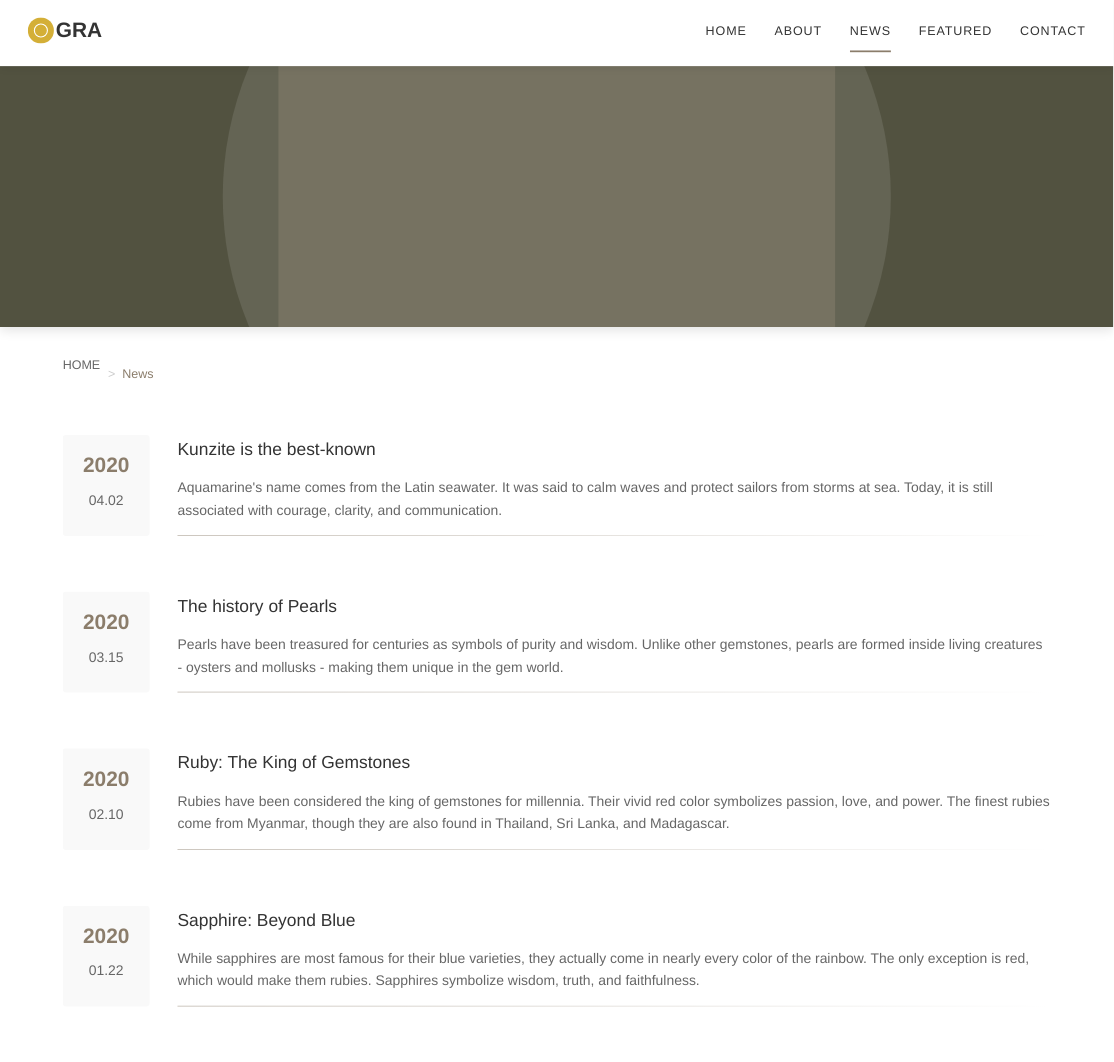
Repository: zhangchugao/jewelry
Page: /news
The author's editor kept a copy of each file at every save. The page is drawn from the files as they stood at one save, then again after the next save.
The browser window is 1280 px wide. The pictures show the whole page, at 87% of full size.
The project was rebuilt for these pictures with package versions that can differ from the ones it lists, and the page was loaded fresh each time. Also part of the build but not shown: vite.config.ts, src/components/BannerSection.vue, src/components/CertificateSection.vue, src/views/HomeView.vue, src/views/AboutView.vue, src/views/FeaturedView.vue, src/views/ContactView.vue.

Above is the page before, as saved 2025-11-23 12:57:01.

### index.html
<!doctype html>
<html lang="en">
  <head>
    <meta charset="UTF-8" />
    <link rel="icon" type="image/svg+xml" href="/vite.svg" />
    <meta name="viewport" content="width=device-width, initial-scale=1.0, maximum-scale=1.0, user-scalable=no" />
    <meta name="theme-color" content="#ffffff" />
    <meta name="description" content="GRA Jewelry - Exclusive Custom Jewelry and Certification" />
    <title>GRA Jewelry</title>
  </head>
  <body>
    <div id="app"></div>
    <script type="module" src="/src/main.ts"></script>
  </body>
</html>

### src/style.css
/* 全局变量 */
:root {
  --primary-color: #8b7d6b;
  --secondary-color: #333;
  --text-color: #333;
  --light-text: #666;
  --background-color: #fff;
  --border-color: #e0e0e0;
  --font-main: 'Helvetica Neue', Arial, sans-serif;
}

/* 重置样式 */
* {
  margin: 0;
  padding: 0;
  box-sizing: border-box;
}

html, body {
  font-family: var(--font-main);
  line-height: 1.6;
  color: var(--text-color);
  background-color: var(--background-color);
  min-height: 100vh;
}

#app {
  width: 100%;
  min-height: 100vh;
}

a {
  text-decoration: none;
  color: var(--secondary-color);
  transition: color 0.3s ease;
}

a:hover {
  color: var(--primary-color);
}

button {
  cursor: pointer;
  border: none;
  background: none;
  font-family: inherit;
}

/* 响应式断点 */
@media (max-width: 768px) {
  :root {
    font-size: 14px;
  }
}

@media (max-width: 480px) {
  :root {
    font-size: 12px;
  }
}

/* H5设备优化 */
/* 防止双击缩放 */
* {
  touch-action: manipulation;
}

/* 优化触摸目标大小 */
button, a, input[type="button"], input[type="submit"] {
  min-height: 44px;
  min-width: 44px;
}

/* 滚动优化 */
html {
  -webkit-overflow-scrolling: touch;
}

/* 防止内容被底部安全区域遮挡（iPhone等设备） */
@media (max-width: 768px) {
  .certificate-section {
    padding-bottom: calc(4rem + env(safe-area-inset-bottom, 0px));
  }

  .mobile-nav {
    padding-bottom: calc(1rem + env(safe-area-inset-bottom, 0px));
  }
}

/* 横屏模式优化 */
@media screen and (orientation: landscape) and (max-height: 500px) {
  .banner {
    height: 80vh;
  }

  .certificate-section {
    padding: 2rem 1rem;
  }
}

### src/App.vue
<script setup lang="ts">
import { RouterView } from 'vue-router';
import Navbar from './components/Navbar.vue';
</script>

<template>
  <div class="app">
    <Navbar />
    <main>
      <RouterView />
    </main>
  </div>
</template>

<style scoped>
.app {
  display: flex;
  flex-direction: column;
  min-height: 100vh;
}

main {
  flex: 1;
}
</style>

### src/router.ts
import { createRouter, createWebHistory } from 'vue-router';
import HomeView from './views/HomeView.vue';
import AboutView from './views/AboutView.vue';
import NewsView from './views/NewsView.vue';
import FeaturedView from './views/FeaturedView.vue';
import ContactView from './views/ContactView.vue';

const routes = [
  {
    path: '/',
    name: 'home',
    component: HomeView
  },
  {
    path: '/about',
    name: 'about',
    component: AboutView
  },
  {
    path: '/news',
    name: 'news',
    component: NewsView
  },
  {
    path: '/featured',
    name: 'featured',
    component: FeaturedView
  },
  {
    path: '/contact',
    name: 'contact',
    component: ContactView
  }
];

const router = createRouter({
  history: createWebHistory(),
  routes
});

export default router;

### src/components/Navbar.vue
<template>
  <nav class="navbar">
    <div class="navbar-container">
      <!-- Logo -->
      <div class="logo">
        <router-link to="/">
          <span class="logo-text">GRA</span>
        </router-link>
      </div>

      <!-- Desktop Navigation -->
      <div class="nav-links">
        <router-link to="/" class="nav-link">HOME</router-link>
        <router-link to="/about" class="nav-link">About</router-link>
        <router-link to="/news" class="nav-link">News</router-link>
        <router-link to="/featured" class="nav-link">Featured</router-link>
        <router-link to="/contact" class="nav-link">Contact</router-link>
      </div>

      <!-- Mobile Menu Button -->
      <button class="mobile-menu-btn" @click="toggleMobileMenu">
        <span class="menu-icon"></span>
      </button>
    </div>

    <!-- Mobile Navigation -->
    <div class="mobile-nav" v-if="mobileMenuOpen">
      <router-link to="/" class="mobile-nav-link" @click="closeMobileMenu">HOME</router-link>
      <router-link to="/about" class="mobile-nav-link" @click="closeMobileMenu">About</router-link>
      <router-link to="/news" class="mobile-nav-link" @click="closeMobileMenu">News</router-link>
      <router-link to="/featured" class="mobile-nav-link" @click="closeMobileMenu">Featured</router-link>
      <router-link to="/contact" class="mobile-nav-link" @click="closeMobileMenu">Contact</router-link>
    </div>
  </nav>
</template>

<script setup lang="ts">
import { ref } from 'vue';

const mobileMenuOpen = ref(false);

const toggleMobileMenu = () => {
  mobileMenuOpen.value = !mobileMenuOpen.value;
};

const closeMobileMenu = () => {
  mobileMenuOpen.value = false;
};
</script>

<style scoped>
.navbar {
  position: sticky;
  top: 0;
  background-color: #fff;
  box-shadow: 0 2px 10px rgba(0, 0, 0, 0.1);
  z-index: 1000;
  padding: 1rem 0;
}

.navbar-container {
  max-width: 1400px;
  margin: 0 auto;
  padding: 0 2rem;
  display: flex;
  justify-content: space-between;
  align-items: center;
}

.logo {
  display: flex;
  align-items: center;
}

.logo-text {
  font-size: 1.5rem;
  font-weight: bold;
  color: var(--secondary-color);
  position: relative;
  padding-left: 2rem;
}

.logo-text::before {
  content: '';
  position: absolute;
  left: 0;
  top: 50%;
  transform: translateY(-50%);
  width: 30px;
  height: 30px;
  background-color: #d4af37;
  border-radius: 50%;
  background-image: url('data:[embedded picture, 278 characters]');
  background-size: contain;
  background-repeat: no-repeat;
  background-position: center;
}

.nav-links {
  display: flex;
  gap: 2rem;
}

.nav-link {
  font-size: 0.9rem;
  font-weight: 500;
  text-transform: uppercase;
  letter-spacing: 1px;
  position: relative;
  padding: 0.5rem 0;
}

.nav-link::after {
  content: '';
  position: absolute;
  bottom: 0;
  left: 0;
  width: 0;
  height: 2px;
  background-color: var(--primary-color);
  transition: width 0.3s ease;
}

.nav-link:hover::after,
.nav-link.router-link-active::after {
  width: 100%;
}

.mobile-menu-btn {
  display: none;
  background: none;
  border: none;
  cursor: pointer;
  padding: 0.5rem;
}

.menu-icon {
  display: block;
  width: 24px;
  height: 2px;
  background-color: var(--secondary-color);
  position: relative;
  transition: background-color 0.3s ease;
}

.menu-icon::before,
.menu-icon::after {
  content: '';
  position: absolute;
  width: 24px;
  height: 2px;
  background-color: var(--secondary-color);
  transition: transform 0.3s ease;
}

.menu-icon::before {
  top: -6px;
}

.menu-icon::after {
  bottom: -6px;
}

.mobile-nav {
  display: none;
  position: absolute;
  top: 100%;
  left: 0;
  right: 0;
  background-color: #fff;
  box-shadow: 0 4px 6px rgba(0, 0, 0, 0.1);
  padding: 1rem 0;
}

.mobile-nav-link {
  display: block;
  padding: 1rem 2rem;
  font-size: 1rem;
  color: var(--secondary-color);
  text-align: center;
  border-bottom: 1px solid var(--border-color);
}

.mobile-nav-link:last-child {
  border-bottom: none;
}

.mobile-nav-link:hover {
  background-color: #f9f9f9;
  color: var(--primary-color);
}

/* 响应式设计 */
@media (max-width: 768px) {
  .nav-links {
    display: none;
  }

  .mobile-menu-btn {
    display: block;
  }

  .mobile-nav {
    display: block;
  }

  .navbar-container {
    padding: 0 1rem;
  }
}
</style>

### src/views/NewsView.vue
<template>
  <div class="news">
    <!-- 钻石图片横幅 -->
    <div class="news-banner">
      <div class="banner-image">
        <img src="data:[embedded picture, 446 characters]" alt="Diamonds" class="banner-img">
      </div>
    </div>

    <!-- 主要内容容器 -->
    <div class="news-container">
      <!-- 面包屑导航 -->
      <div class="breadcrumb">
        <router-link to="/" class="breadcrumb-link">HOME</router-link>
        <span class="breadcrumb-separator">></span>
        <span class="breadcrumb-current">News</span>
      </div>

      <!-- 新闻列表 -->
      <div class="news-list">
        <!-- 使用v-for渲染新闻列表 -->
        <div
          v-for="(news, index) in newsItems"
          :key="index"
          class="news-item"
          @click="navigateToNewsDetail(news.id)"
        >
          <div class="news-date">
            <div class="news-year">{{ news.year }}</div>
            <div class="news-month">{{ news.month }}</div>
          </div>
          <div class="news-content">
            <h3 class="news-title">{{ news.title }}</h3>
            <p class="news-description">{{ news.description }}</p>
            <div class="news-divider"></div>
          </div>
        </div>
      </div>
    </div>
  </div>
</template>

<script setup lang="ts">
import { ref } from 'vue';
// 导入但暂时注释掉，需要时可以启用
// import { useRouter } from 'vue-router';

// 暂时注释掉，需要时可以启用
// const router = useRouter();

// 新闻数据
const newsItems = ref([
  {
    id: 1,
    year: '2020',
    month: '04.02',
    title: 'Kunzite is the best-known',
    description: 'Aquamarine\'s name comes from the Latin seawater. It was said to calm waves and protect sailors from storms at sea. Today, it is still associated with courage, clarity, and communication.'
  },
  {
    id: 2,
    year: '2020',
    month: '03.15',
    title: 'The history of Pearls',
    description: 'Pearls have been treasured for centuries as symbols of purity and wisdom. Unlike other gemstones, pearls are formed inside living creatures - oysters and mollusks - making them unique in the gem world.'
  },
  {
    id: 3,
    year: '2020',
    month: '02.10',
    title: 'Ruby: The King of Gemstones',
    description: 'Rubies have been considered the king of gemstones for millennia. Their vivid red color symbolizes passion, love, and power. The finest rubies come from Myanmar, though they are also found in Thailand, Sri Lanka, and Madagascar.'
  },
  {
    id: 4,
    year: '2020',
    month: '01.22',
    title: 'Sapphire: Beyond Blue',
    description: 'While sapphires are most famous for their blue varieties, they actually come in nearly every color of the rainbow. The only exception is red, which would make them rubies. Sapphires symbolize wisdom, truth, and faithfulness.'
  }
]);

// 导航到新闻详情页
const navigateToNewsDetail = (id: number) => {
  // 这里可以实现跳转到新闻详情页的逻辑
  // 目前只是添加点击效果，实际项目中可能需要路由到详情页
  // router.push(`/news/${id}`);
  console.log(`Navigate to news detail: ${id}`);
};
</script>

<style scoped>
.news {
  width: 100%;
  overflow-x: hidden;
  animation: fadeIn 0.8s ease-in-out;
}

/* 全局动画 */
@keyframes fadeIn {
  from {
    opacity: 0;
    transform: translateY(20px);
  }
  to {
    opacity: 1;
    transform: translateY(0);
  }
}

/* 横幅样式 */
.news-banner {
  width: 100%;
  height: 300px;
  overflow: hidden;
  position: relative;
  box-shadow: 0 4px 12px rgba(0, 0, 0, 0.1);
}

.banner-image {
  width: 100%;
  height: 100%;
  position: relative;
}

.banner-img {
  width: 100%;
  height: 100%;
  object-fit: cover;
  transition: transform 0.5s ease;
}

.banner-img:hover {
  transform: scale(1.02);
}

/* 主要内容容器 */
.news-container {
  max-width: 1200px;
  margin: 0 auto;
  padding: 2rem;
}

/* 面包屑导航 */
.breadcrumb {
  display: flex;
  align-items: center;
  gap: 0.5rem;
  margin-bottom: 3rem;
  font-size: 0.9rem;
  color: #666;
  animation: slideIn 0.6s ease-out;
}

@keyframes slideIn {
  from {
    opacity: 0;
    transform: translateX(-20px);
  }
  to {
    opacity: 1;
    transform: translateX(0);
  }
}

.breadcrumb-link {
  color: #666;
  text-decoration: none;
  transition: all 0.3s ease;
  position: relative;
}

.breadcrumb-link:hover {
  color: var(--primary-color);
}

.breadcrumb-link::after {
  content: '';
  position: absolute;
  bottom: -2px;
  left: 0;
  width: 0;
  height: 1px;
  background-color: var(--primary-color);
  transition: width 0.3s ease;
}

.breadcrumb-link:hover::after {
  width: 100%;
}

.breadcrumb-separator {
  color: #ccc;
}

.breadcrumb-current {
  color: var(--primary-color);
  font-weight: 500;
}

/* 新闻列表 */
.news-list {
  display: flex;
  flex-direction: column;
  gap: 2rem;
}

.news-item {
  display: flex;
  gap: 2rem;
  padding-bottom: 2rem;
  transition: all 0.3s ease;
  cursor: pointer;
  position: relative;
  overflow: hidden;
}

.news-item::before {
  content: '';
  position: absolute;
  left: 0;
  top: 0;
  width: 4px;
  height: 0;
  background-color: var(--primary-color);
  transition: height 0.3s ease;
}

.news-item:hover::before {
  height: 100%;
}

.news-item:hover {
  transform: translateY(-5px);
  box-shadow: 0 8px 25px rgba(0, 0, 0, 0.05);
}

/* 日期样式 */
.news-date {
  min-width: 100px;
  padding: 1rem;
  background-color: #f9f9f9;
  text-align: center;
  border-radius: 4px;
  transition: all 0.3s ease;
}

.news-item:hover .news-date {
  background-color: var(--primary-color);
  transform: scale(1.05);
}

.news-year {
  font-size: 1.5rem;
  font-weight: bold;
  color: var(--primary-color);
  margin-bottom: 0.5rem;
  transition: color 0.3s ease;
}

.news-item:hover .news-year {
  color: #fff;
}

.news-month {
  font-size: 1rem;
  color: #666;
  transition: color 0.3s ease;
}

.news-item:hover .news-month {
  color: rgba(255, 255, 255, 0.9);
}

/* 新闻内容 */
.news-content {
  flex: 1;
  position: relative;
}

.news-title {
  font-size: 1.25rem;
  font-weight: 500;
  color: var(--secondary-color);
  margin-bottom: 1rem;
  transition: all 0.3s ease;
  display: inline-block;
}

.news-title:hover {
  color: var(--primary-color);
  transform: translateX(5px);
}

.news-description {
  color: #666;
  line-height: 1.6;
  margin-bottom: 1rem;
  transition: color 0.3s ease;
}

.news-item:hover .news-description {
  color: #444;
}

.news-divider {
  height: 1px;
  background: linear-gradient(to right, var(--primary-color), transparent);
  margin-top: 1rem;
  opacity: 0.5;
  transition: opacity 0.3s ease;
}

.news-item:hover .news-divider {
  opacity: 1;
}

/* 响应式设计 */
@media (max-width: 992px) {
  .news-container {
    padding: 1.5rem;
  }

  .news-banner {
    height: 250px;
  }
}

@media (max-width: 768px) {
  .news-banner {
    height: 200px;
  }

  .news-container {
    padding: 1rem;
  }

  .news-item {
    flex-direction: column;
    gap: 1rem;
    padding-bottom: 1.5rem;
  }

  .news-date {
    width: 100%;
    max-width: 120px;
    align-self: flex-start;
  }

  .breadcrumb {
    margin-bottom: 2rem;
    font-size: 0.85rem;
  }
}

@media (max-width: 480px) {
  .news-banner {
    height: 150px;
  }

  .news-title {
    font-size: 1.1rem;
  }

  .news-description {
    font-size: 0.9rem;
  }

  .news-date {
    max-width: 100px;
    padding: 0.8rem;
  }

  .news-year {
    font-size: 1.2rem;
  }

  .news-month {
    font-size: 0.9rem;
  }
}

/* H5设备优化 */
@media (max-width: 768px) {
  .news-item {
    touch-action: manipulation;
  }
}

/* 触摸优化 */
.news-item:active {
  transform: scale(0.98);
}
</style>

Loaded but not shown: src/main.ts (common file)

After the next save:
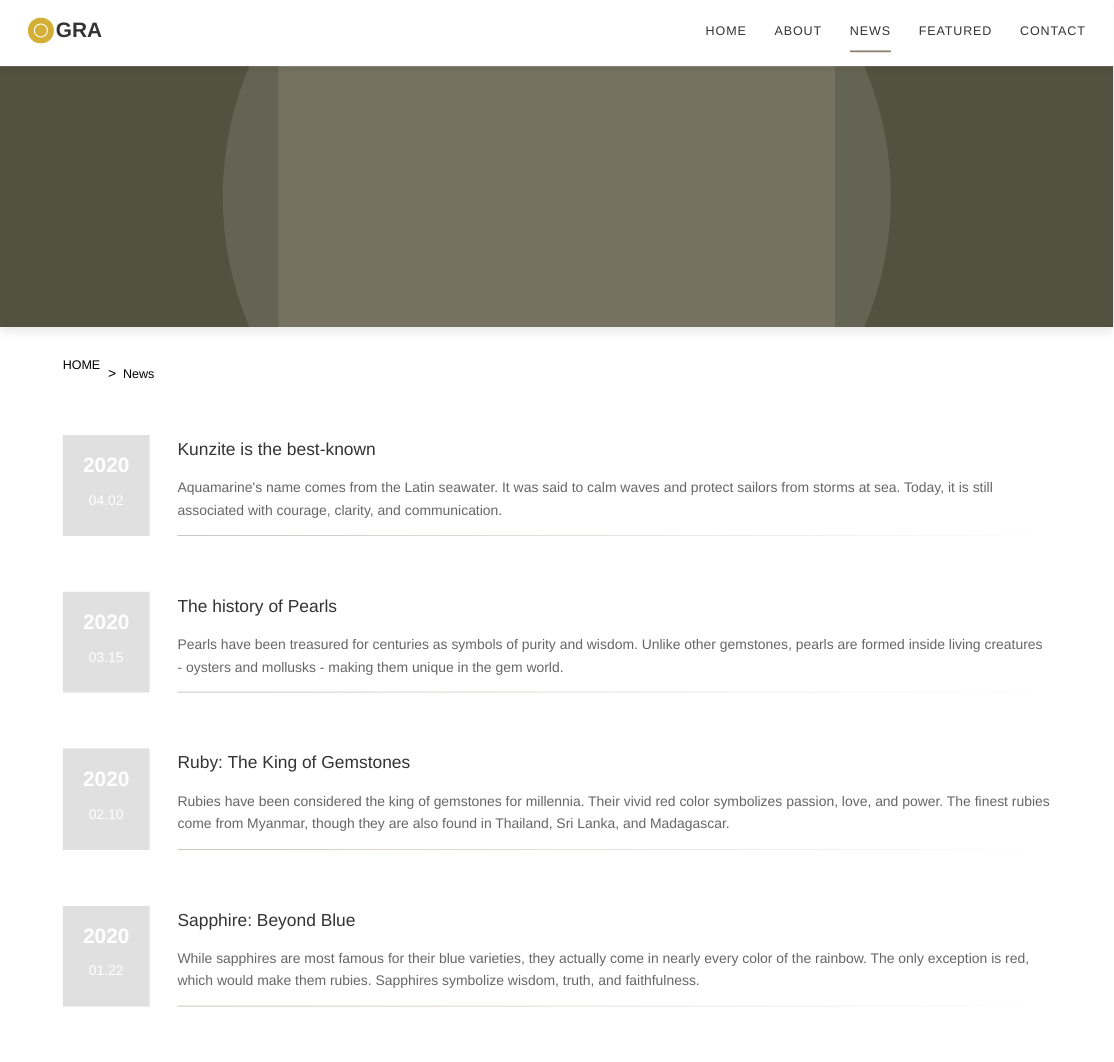
Saved 19 min 6 s later.
--- a/src/views/NewsView.vue
+++ b/src/views/NewsView.vue
@@ -148,7 +148,6 @@ const navigateToNewsDetail = (id: number) => {
   gap: 0.5rem;
   margin-bottom: 3rem;
   font-size: 0.9rem;
-  color: #666;
   animation: slideIn 0.6s ease-out;
 }
 
@@ -164,38 +163,19 @@ const navigateToNewsDetail = (id: number) => {
 }
 
 .breadcrumb-link {
-  color: #666;
+  color: #000; /* 修改为黑色 */
   text-decoration: none;
-  transition: all 0.3s ease;
-  position: relative;
-}
-
-.breadcrumb-link:hover {
-  color: var(--primary-color);
-}
-
-.breadcrumb-link::after {
-  content: '';
-  position: absolute;
-  bottom: -2px;
-  left: 0;
-  width: 0;
-  height: 1px;
-  background-color: var(--primary-color);
-  transition: width 0.3s ease;
-}
-
-.breadcrumb-link:hover::after {
-  width: 100%;
+  font-weight: 400;
 }
 
 .breadcrumb-separator {
-  color: #ccc;
+  color: #000;
+  font-size: 1rem;
 }
 
 .breadcrumb-current {
-  color: var(--primary-color);
-  font-weight: 500;
+  color: #000;
+  font-weight: 400;
 }
 
 /* 新闻列表 */
@@ -239,37 +219,22 @@ const navigateToNewsDetail = (id: number) => {
 .news-date {
   min-width: 100px;
   padding: 1rem;
-  background-color: #f9f9f9;
+  background-color: #e0e0e0; /* 修改为浅灰色背景 */
   text-align: center;
-  border-radius: 4px;
-  transition: all 0.3s ease;
-}
-
-.news-item:hover .news-date {
-  background-color: var(--primary-color);
-  transform: scale(1.05);
+  border-radius: 0; /* 移除圆角 */
+  border: none;
 }
 
 .news-year {
   font-size: 1.5rem;
   font-weight: bold;
-  color: var(--primary-color);
+  color: #fff;
   margin-bottom: 0.5rem;
-  transition: color 0.3s ease;
-}
-
-.news-item:hover .news-year {
-  color: #fff;
 }
 
 .news-month {
   font-size: 1rem;
-  color: #666;
-  transition: color 0.3s ease;
-}
-
-.news-item:hover .news-month {
-  color: rgba(255, 255, 255, 0.9);
+  color: #fff;
 }
 
 /* 新闻内容 */
